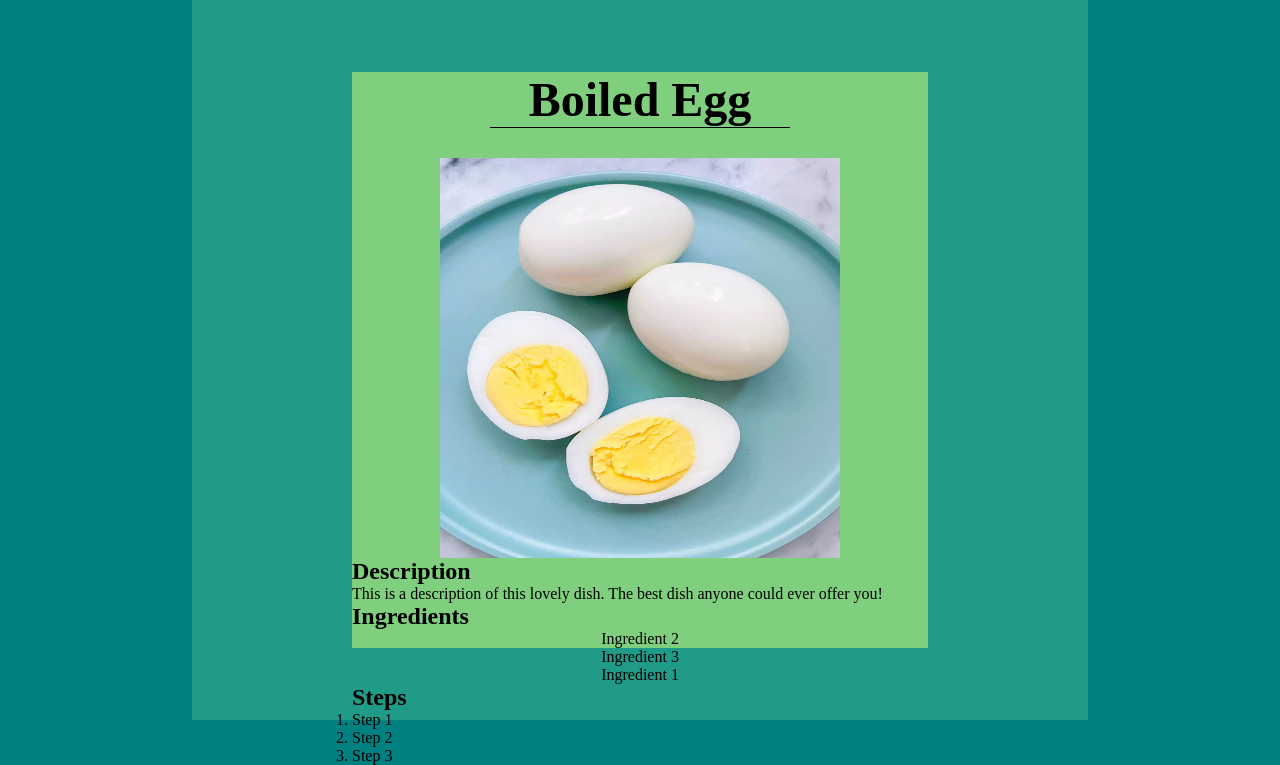
Repository: Pafestivo/odin-recipes
Page: recipes/boiled-egg.html
An editor plug-in stored every save of this project. The page is shown before and after a run of saves, followed by the edit.
The browser window is 1280 px wide. The pictures show the whole page.

Above is the page before, as saved 2022-09-24 12:50:28.

### recipes/boiled-egg.html
<!DOCTYPE html>
<html lang="en">
<head>
    <meta charset="UTF-8">
    <meta name="viewport" content="width=device-width, initial-scale=1.0">
    <link rel="stylesheet" href="../css/recipe-styles.css">
    <title>Recipe-Boiled Egg</title>
</head>
<body>
    <div class="container">
        <div class="inner">
            <h1>Boiled Egg</h1>
            <img
            src="../images/boiled-egg.jpg"
            alt="An image of Boiled Egg"
            />
            <h2>Description</h2>
            <p>This is a description of this lovely dish. The best dish anyone could ever offer you!</p>

            <h2>Ingredients</h2>
            <ul>
            <li>Ingredient 2</li>
            <li>Ingredient 3</li>
            <li>Ingredient 1</li>
            </ul>

            <h2>Steps</h2>
            <ol>
            <li>Step 1</li>
            <li>Step 2</li>
            <li>Step 3</li>
            </ol>
        </div> <!-- /inner -->
    </div> <!-- /container -->

</body>
</html>

### css/recipe-styles.css
* {
  box-sizing: border-box;
  padding: 0;
  margin: 0;
}

body {
  font-family: serif;
  background-color: #008080;
  padding: 1;
}

.container {
  background-color: #209B87;
  display: flex;
  width: 70vw;
  height: 100vh;
  padding: 1px;
  margin: 0 auto;
}

.inner {
  background-color: #80CF7F;
  width: 45vw;
  height: 80vh;
  margin: auto;
}

h1 {
  text-align: center;
  font-size: 3rem;
  margin: 0 auto 30px auto;
  border-bottom: 1px solid black;
  width: 300px;
}

img {
  display: block;
  margin: 0 auto;
  width: 400px;
  height: 400px;
}

ul {
  list-style: none;
  display: flex;
  align-items: center;
  justify-content: center;
  flex-direction: column;
}

a {
  display: flex;
  justify-content: center;
  align-items: center;
  margin: 30px 0;
  width: 350px;
  font-size: 1.5em;
  height: 45px;
  border-radius: 20px;
  text-decoration: none;
  color: inherit;
  background-color: #F9F871;
  transition: all 0.1s ease-in;
}

a:hover {
  transform: scale(1.1);
}

After the next 3 saves:
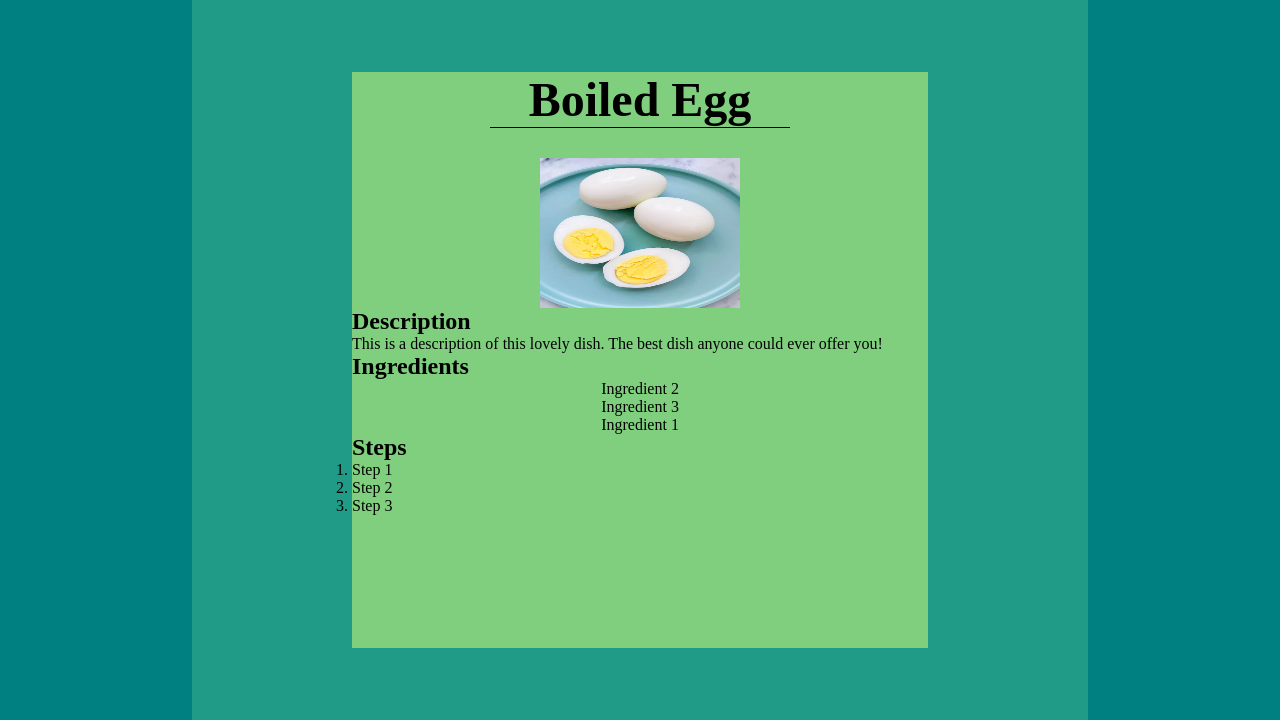
The 3 saves are shown as one change because they came seconds apart.
The last was saved 16 s later.
--- a/css/recipe-styles.css
+++ b/css/recipe-styles.css
@@ -37,8 +37,8 @@ h1 {
 img {
   display: block;
   margin: 0 auto;
-  width: 400px;
-  height: 400px;
+  width: 200px;
+  height: 150px;
 }
 
 ul {
